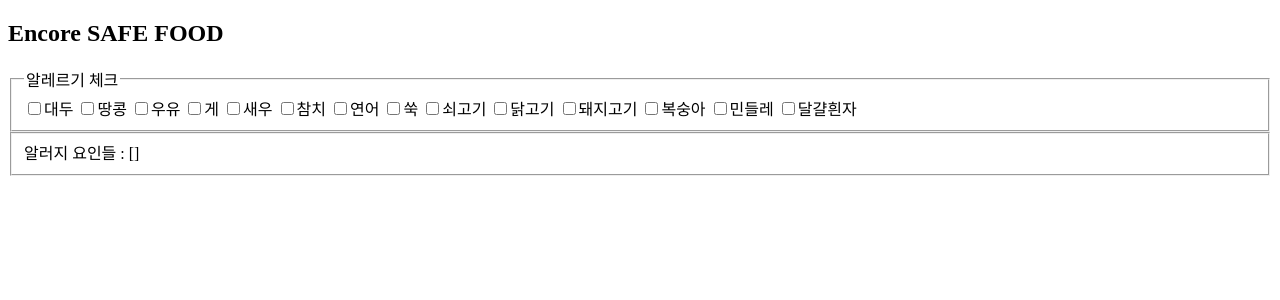
Repository: KangHoi/encore_vueWorkspace
Page: vue03_Event/WebContent/vue03_safefood.html
These files come from the project's save history. The page is drawn as it stood at one moment and after the next save; the edit follows.
The browser window is 1280 px wide. The pictures show the whole page.

Above is the page before, as saved 2021-07-12 01:28:42.

### vue03_Event/WebContent/vue03_safefood.html
<!DOCTYPE html>
<html>
<head>
<meta charset="UTF-8">
<title>Insert title here</title>
<script src="https://cdn.jsdelivr.net/npm/vue/dist/vue.js"></script>
</head>
<body>
	<div id="second">
		<h2>Encore SAFE FOOD</h2>
	</div>
	<div id="app">
		<fieldset id="checkboxArea1">
			<legend>알레르기 체크</legend>
			<input type="checkbox" name="box" value="대두" v-model="alergen"><label>대두</label>
			<input type="checkbox" name="box" value="땅콩" v-model="alergen"><label>땅콩</label>
			<input type="checkbox" name="box" value="우유" v-model="alergen"><label>우유</label>
			<input type="checkbox" name="box" value="게" v-model="alergen"><label>게</label>
			<input type="checkbox" name="box" value="새우" v-model="alergen"><label>새우</label>
			<input type="checkbox" name="box" value="참치" v-model="alergen"><label>참치</label>
			<input type="checkbox" name="box" value="연어" v-model="alergen"><label>연어</label>
			<input type="checkbox" name="box" value="쓱" v-model="alergen"><label>쑥</label>
			<input type="checkbox" name="box" value="쇠고기" v-model="alergen"><label>쇠고기</label>
			<input type="checkbox" name="box" value="닭고기" v-model="alergen"><label>닭고기</label>
			<input type="checkbox" name="box" value="돼지고기" v-model="alergen"><label>돼지고기</label>
			<input type="checkbox" name="box" value="복숭아" v-model="alergen"><label>복숭아</label>
			<input type="checkbox" name="box" value="민들레" v-model="alergen"><label>민들레</label>
			<input type="checkbox" name="box" value="달걀흰자" v-model="alergen"><label>달걀흰자</label>
		</fieldset>


		<fieldset id="checkboxArea2">
			알러지 요인들 : <span v-html="alergen"></span>
		</fieldset>
	</div>
	<script>
		var app= new Vue({
			el: '#app',
			data: {
				alergen:[] //초기화는 []로 해야한다.
			}
		})
	</script>

</body>
</html>

After the next save:
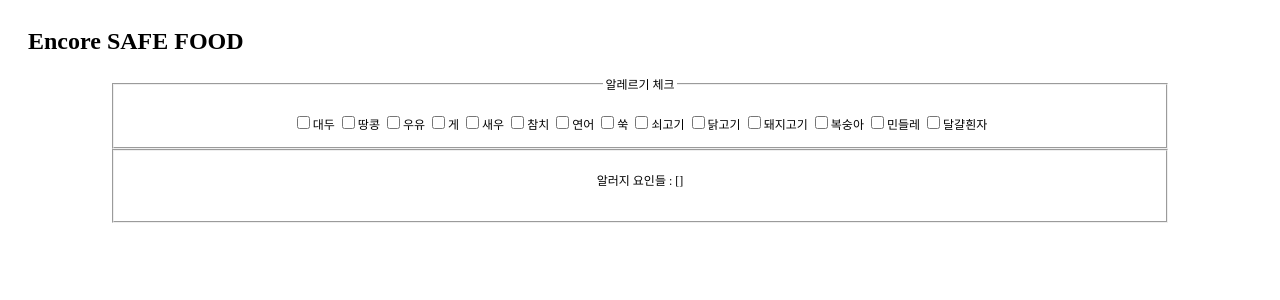
Saved 111 s later.
--- a/vue03_Event/WebContent/vue03_safefood.html
+++ b/vue03_Event/WebContent/vue03_safefood.html
@@ -3,6 +3,16 @@
 <head>
 <meta charset="UTF-8">
 <title>Insert title here</title>
+<style type="text/css">
+	#second>h2{margin: auto; padding: 20px;}
+	#checkboxArea1{width: 80%; height: 30px; margin: auto; padding: 20px;
+					text-align: center; font-size: 12px;
+	}
+	#checkboxArea2{width: 80%; height: 30px; margin: auto; padding: 20px;
+					text-align: center; font-size: 12px;
+	}
+
+</style>
 <script src="https://cdn.jsdelivr.net/npm/vue/dist/vue.js"></script>
 </head>
 <body>
